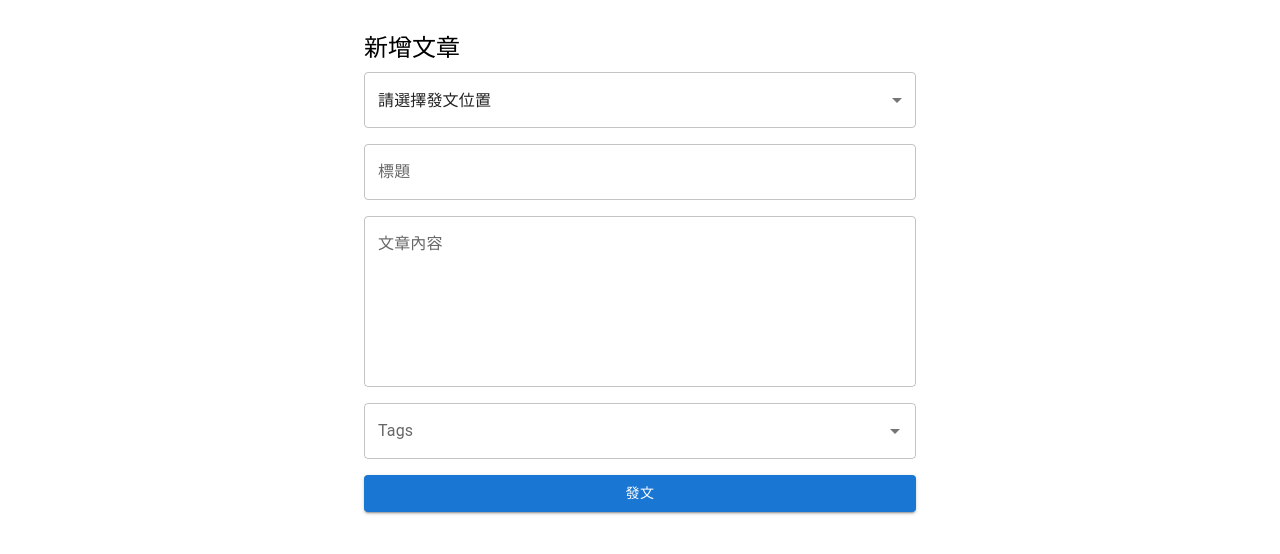
Repository: Angelaliii/SA
Page: /publish (app in next/)
An editor plug-in stored every save of this project. The page is shown before and after the next save, followed by the edit.
The browser window is 1280 px wide. The pictures show the whole page.
The project was rebuilt for these pictures with package versions that can differ from the ones it lists, and the page was loaded fresh each time. The framework's server and built-in components were replaced by stand-ins that run in the browser.

Above is the page before, as saved 2025-03-24 16:47:18.

After the next save:
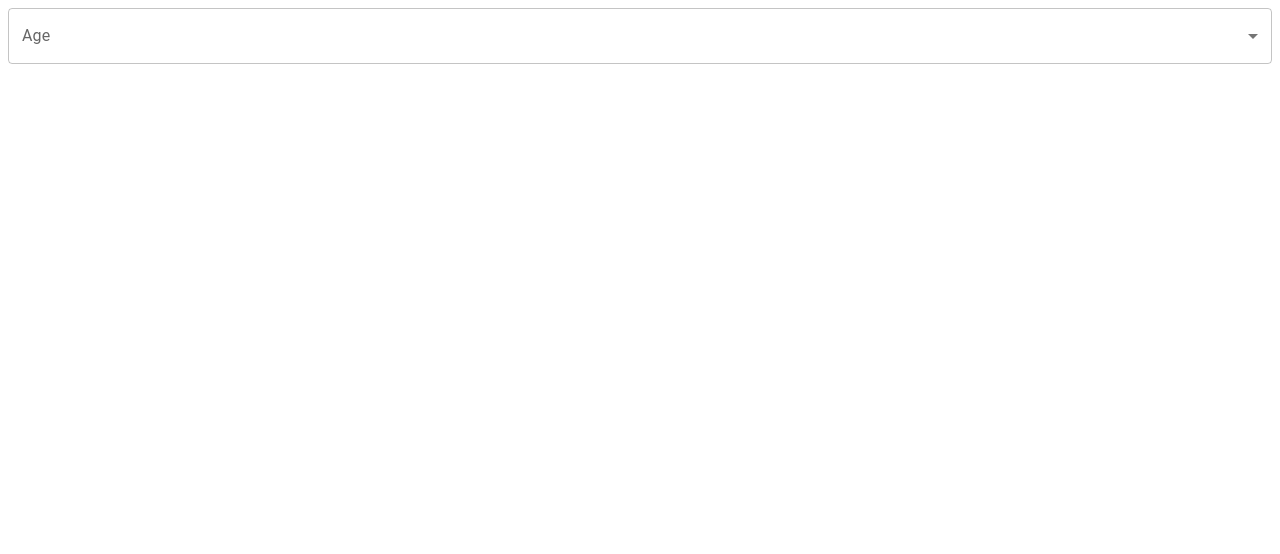
Saved 10 s later.
--- a/next/app/publish/page.tsx
+++ b/next/app/publish/page.tsx
@@ -1,71 +1,33 @@
-'use client';
-import React from 'react';
-import {
-   Container,
-  Box, TextField, Select, MenuItem, Autocomplete, Button, Typography,Stack
+import * as React from 'react';
+import Box from '@mui/material/Box';
+import InputLabel from '@mui/material/InputLabel';
+import MenuItem from '@mui/material/MenuItem';
+import FormControl from '@mui/material/FormControl';
+import Select, { SelectChangeEvent } from '@mui/material/Select';
 
-} from '@mui/material';
+export default function BasicSelect() {
+  const [age, setAge] = React.useState('');
 
-
-
-const postLocations = ['版塊1', '版塊2', '版塊3']; // 要發在哪裡
-const tagOptions = ['教學', '求助', '公告']; // Tags
-
-export default function PublishPage() {
-
-  const [location, setLocation] = React.useState('');
-  const [tags, setTags] = React.useState<string[]>([]);
+  const handleChange = (event: SelectChangeEvent) => {
+    setAge(event.target.value as string);
+  };
 
   return (
-
-    <Box>
-      {/* 表單區 */}
-      <Container maxWidth="sm" sx={{ mt: 4 }}>
-        <Typography variant="h5" gutterBottom>
-          新增文章
-        </Typography>
-        <Stack spacing={2}>
-          {/* 發文位置 */}
-          <Select
-            fullWidth
-            value={location}
-            onChange={(e) => setLocation(e.target.value)}
-            displayEmpty
-          >
-            <MenuItem value="">請選擇發文位置</MenuItem>
-            {postLocations.map((loc, idx) => (
-              <MenuItem key={idx} value={loc}>{loc}</MenuItem>
-            ))}
-          </Select>
-
-          {/* 標題 */}
-          <TextField fullWidth label="標題" variant="outlined" />
-
-          {/* 文章內容 */}
-          <TextField
-            fullWidth
-            label="文章內容"
-            variant="outlined"
-            multiline
-            rows={6}
-            placeholder="P1、雙貼圖…"
-          />
-
-          {/* Tags */}
-          <Autocomplete
-            multiple
-            options={tagOptions}
-            value={tags}
-            onChange={(_, newValue) => setTags(newValue)}
-            renderInput={(params) => <TextField {...params} label="Tags" />}
-          />
-
-          {/* 發文按鈕 */}
-          <Button variant="contained" color="primary" fullWidth>
-            發文
-          </Button>
-        </Stack>
-      </Container>
+    <Box sx={{ minWidth: 120 }}>
+      <FormControl fullWidth>
+        <InputLabel id="demo-simple-select-label">Age</InputLabel>
+        <Select
+          labelId="demo-simple-select-label"
+          id="demo-simple-select"
+          value={age}
+          label="Age"
+          onChange={handleChange}
+        >
+          <MenuItem value={10}>Ten</MenuItem>
+          <MenuItem value={20}>Twenty</MenuItem>
+          <MenuItem value={30}>Thirty</MenuItem>
+        </Select>
+      </FormControl>
     </Box>
   );
 }
